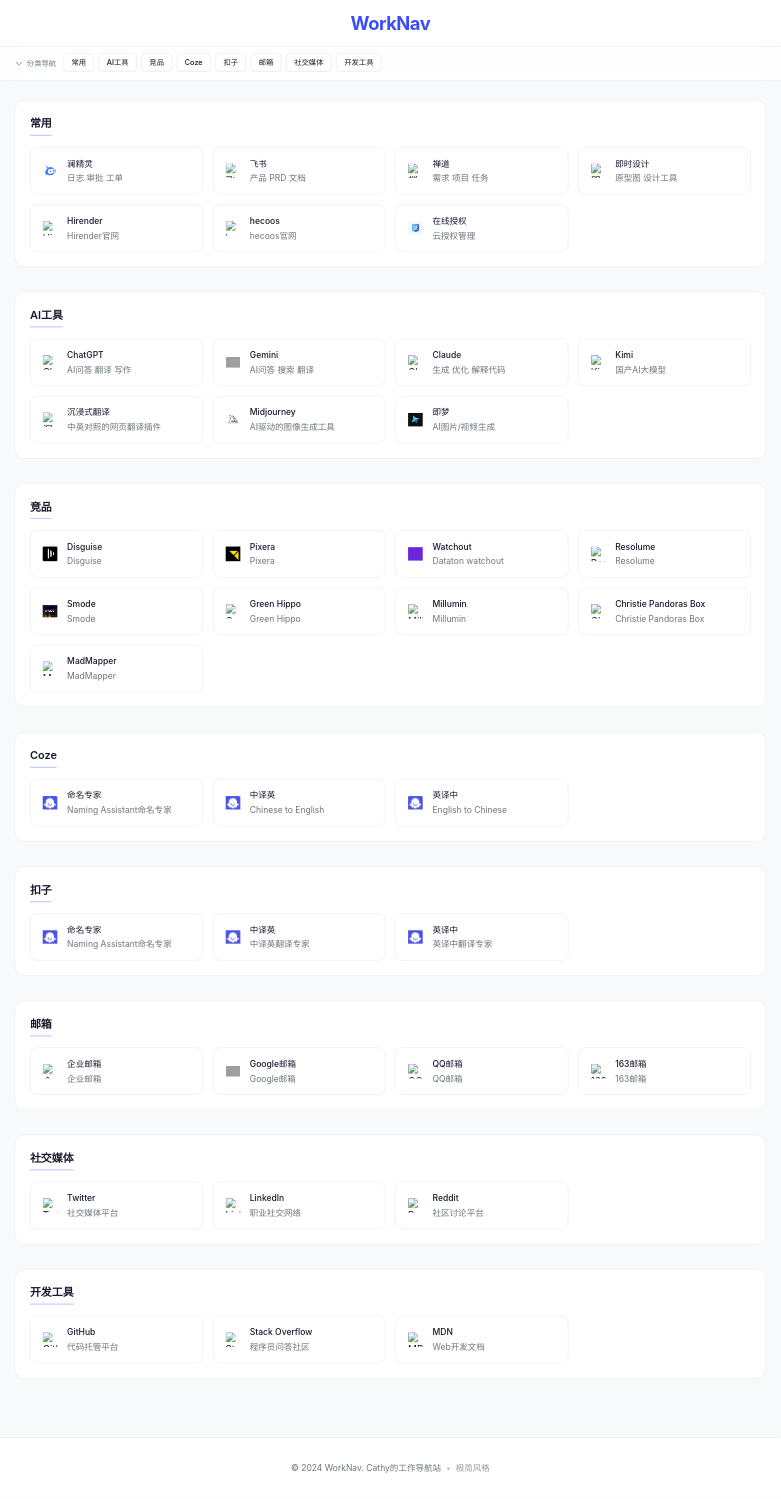
Repository: SweetPomelo0/WorkNav
Page: /
An editor plug-in stored every save of this project. The page is shown before and after the next save, followed by the edit.
The browser window is 1280 px wide. The pictures show the whole page, at 61% of full size.
Pictures or frames that could not be fetched are drawn as grey boxes. The project was rebuilt for these pictures with package versions that can differ from the ones it lists, and the page was loaded fresh each time. The framework's server and built-in components were replaced by stand-ins that run in the browser. Also part of the build but not shown: next.config.ts.

Above is the page before, as saved 2025-07-26 21:36:28.

### src/app/layout.tsx
import type { Metadata } from "next";
import { Geist, Geist_Mono } from "next/font/google";
import "./globals.css";

const geistSans = Geist({
  variable: "--font-geist-sans",
  subsets: ["latin"],
});

const geistMono = Geist_Mono({
  variable: "--font-geist-mono",
  subsets: ["latin"],
});

export const metadata: Metadata = {
  title: "WorkNav - 工作网址导航",
  description: "一个简洁的工作网址导航页面",
};

export default function RootLayout({
  children,
}: Readonly<{
  children: React.ReactNode;
}>) {
  return (
    <html lang="en">
      <body
        className={`${geistSans.variable} ${geistMono.variable} antialiased`}
      >
        {children}
      </body>
    </html>
  );
}

### src/app/page.tsx
export default function Home() {
  // 定义导航分类和链接
  const categories = [
    {
      title: "常用",
      links: [
        { name: "澜精灵", url: "https://www.lanerp.com/Admin/index/index.html", desc: "日志 审批 工单", icon: "/img/lanjingling.png" },
        { name: "飞书", url: "https://enlightv.feishu.cn/wiki/D6Z1wOai9iVI4bkVlumcJprDn2e?fromScene=spaceOverview", desc: "产品 PRD 文档", icon: "https://feishu.cn/favicon.ico" },
        { name: "禅道", url: "https://enlightv.zentaopm.com/my/", desc: "需求 项目 任务", icon: "https://enlightv.zentaopm.com/favicon.ico" },
        { name: "即时设计", url: "https://js.design/recent", desc: "原型图 设计工具", icon: "https://img.js.design/assets/webImg/favicon.ico" },
        { name: "Hirender", url: "https://www.hirender.com/#/home", desc: "Hirender官网", icon: "https://www.hirender.com/favicon.ico" },
        { name: "hecoos", url: "https://www.hecoos.com/web/#/home", desc: "hecoos官网", icon: "https://www.hecoos.com/favicon.ico" },
        { name: "在线授权", url: "https://license.enlightv.com/web/", desc: "云授权管理", icon: "data:[embedded picture, 6295 characters]" },
      ]
    },
    {
      title: "AI工具",
      links: [
        { name: "ChatGPT", url: "https://chatgpt.com/", desc: "AI问答 翻译 写作", icon: "https://cdn.oaistatic.com/assets/favicon-180x180-od45eci6.webp" },
        { name: "Gemini", url: "https://gemini.google.com/app", desc: "AI问答 搜索 翻译", icon: "https://www.gstatic.com/lamda/images/gemini_sparkle_4g_512_lt_f94943af3be039176192d.png" },
        { name: "Claude", url: "https://claude.ai/", desc: "生成 优化 解释代码", icon: "https://claude.ai/favicon.ico" },
        { name: "Kimi", url: "https://www.kimi.com/", desc: "国产AI大模型", icon: "https://www.kimi.com/favicon.ico" },
        { name: "沉浸式翻译", url: "https://immersivetranslate.com/zh-Hans/?utm_source=ai-bot.cn", desc: "中英对照的网页翻译插件", icon: "https://immersivetranslate.com/favicon.ico" },
        { name: "Midjourney", url: "https://www.midjourney.com/explore?tab=video_top", desc: "AI驱动的图像生成工具", icon: "/img/mj.png" },
        { name: "即梦", url: "https://jimeng.jianying.com/ai-tool/home", desc: "AI图片/视频生成", icon: "/img/jimeng.png" }

      ]
    },
    {
      title: "竞品",
      links: [
        { name: "Disguise", url: "https://www.disguise.one/en", desc: "Disguise", icon: "/img/disguise.png" },
        { name: "Pixera", url: "https://pixera.one/zh/software/overview/", desc: "Pixera", icon: "/img/pixera.png" },
        { name: "Watchout", url: "https://www.dataton.com/", desc: "Dataton watchout", icon: "/img/watchout.png" },
        { name: "Resolume", url: "https://resolume.com/", desc: "Resolume", icon: "https://resolume.com/images/favicons/apple-touch-icon.png" },
        { name: "Smode", url: "https://www.smode.io/en/", desc: "Smode", icon: "/img/smode.png" },
        { name: "Green Hippo", url: "https://www.green-hippo.com/", desc: "Green Hippo", icon: "https://www.green-hippo.com/wp-content/themes/greenhippo/assets/icons/favicon.ico" },
        { name: "Millumin", url: "https://millumin.com/v5/index.php", desc: "Millumin", icon: "https://www.millumin.com/favicon/apple-icon-180x180.png" },
        { name: "Christie Pandoras Box", url: "https://www.christiedigital.com/products/christie-pandoras-box/", desc: "Christie Pandoras Box", icon: "https://www.christiedigital.com/apple-touch-icon.png" },
        { name: "MadMapper", url: "https://madmapper.com/madmapper/software", desc: "MadMapper", icon: "https://madmapper.com/images/favicon/apple-touch-icon.png" }

      ]
    },
    {
      title: "Coze",
      links: [
        { name: "命名专家", url: "https://www.coze.com/store/agent/7530562770308956161?bot_id=true", desc: "Naming Assistant命名专家", icon: "/img/coze.png" },
        { name: "中译英", url: "https://www.coze.com/store/agent/7530572378075152440?bot_id=true", desc: "Chinese to English", icon: "/img/coze.png" },
        { name: "英译中", url: "https://www.coze.com/store/agent/7530572202144694273?bot_id=true", desc: "English to Chinese", icon: "/img/coze.png" }
      ]
    },
    {
      title: "扣子",
      links: [
        { name: "命名专家", url: "https://www.coze.cn/store/agent/7530571775823577130?bot_id=true", desc: "Naming Assistant命名专家", icon: "/img/coze.png" },
        { name: "中译英", url: "https://www.coze.cn/store/agent/7530581452909035572?bot_id=true", desc: "中译英翻译专家", icon: "/img/coze.png" },
        { name: "英译中", url: "https://www.coze.cn/store/agent/7530581958234193970?bot_id=true", desc: "英译中翻译专家", icon: "/img/coze.png" }
      ]
    },
    {
      title: "邮箱",
      links: [
        { name: "企业邮箱", url: "https://exmail.qq.com/cgi-bin/frame_html?sid=qPUC22bEtIEF7kUt,2&sign_type=&r=586a2a390ca023395a120877ca5870f0", desc: "企业邮箱", icon: "https://exmail.qq.com/favicon.ico" },
        { name: "Google邮箱", url: "https://mail.google.com/mail/u/0/#inbox", desc: "Google邮箱", icon: "https://ssl.gstatic.com/ui/v1/icons/mail/rfr/gmail.ico" },
        { name: "QQ邮箱", url: "https://mail.qq.com/", desc: "QQ邮箱", icon: "https://mail.qq.com/favicon.ico" },
        { name: "163邮箱", url: "https://mail.163.com/", desc: "163邮箱", icon: "https://mail.163.com/favicon.ico" }
      ]
    },
    {
      title: "社交媒体",
      links: [
        { name: "Twitter", url: "https://twitter.com", desc: "社交媒体平台", icon: "https://twitter.com/favicon.ico" },
        { name: "LinkedIn", url: "https://www.linkedin.com", desc: "职业社交网络", icon: "https://www.linkedin.com/favicon.ico" },
        { name: "Reddit", url: "https://www.reddit.com", desc: "社区讨论平台", icon: "https://www.reddit.com/favicon.ico" }
      ]
    },
    {
      title: "开发工具",
      links: [
        { name: "GitHub", url: "https://github.com", desc: "代码托管平台", icon: "https://github.com/favicon.ico" },
        { name: "Stack Overflow", url: "https://stackoverflow.com", desc: "程序员问答社区", icon: "https://stackoverflow.com/favicon.ico" },
        { name: "MDN", url: "https://developer.mozilla.org", desc: "Web开发文档", icon: "https://developer.mozilla.org/favicon.ico" },
      ]
    }

  ];

  return (
    <div className="min-h-screen" style={{ background: 'var(--background)', color: 'var(--text-primary)' }}>
      {/* Header */}
      <header style={{ background: 'var(--header-bg)', borderBottom: '1px solid var(--card-border)' }}>
        <div className="max-w-7xl mx-auto px-6 py-5">
          <div className="text-center">
            <h1 className="text-3xl font-bold tracking-tight bg-clip-text text-transparent bg-gradient-to-r from-blue-600 to-indigo-600 dark:from-blue-400 dark:to-indigo-400">WorkNav</h1>
          </div>
        </div>
      </header>

      {/* Category Navigation */}
      <div className="sticky top-0 z-10" style={{ background: 'rgba(var(--header-bg-rgb), 0.85)', borderBottom: '1px solid var(--card-border)', backdropFilter: 'blur(12px)' }}>
        <div className="max-w-7xl mx-auto px-6 py-2.5 overflow-x-auto">
          <div className="flex items-center">
            <div className="flex-shrink-0 mr-3">
              <div className="flex items-center">
                <svg xmlns="http://www.w3.org/2000/svg" className="h-3.5 w-3.5 mr-1.5" fill="none" viewBox="0 0 24 24" stroke="currentColor" style={{ color: 'var(--accent)' }}>
                  <path strokeLinecap="round" strokeLinejoin="round" strokeWidth={2} d="M19 9l-7 7-7-7" />
                </svg>
                <span className="text-xs font-medium" style={{ color: 'var(--text-secondary)' }}>分类导航</span>
              </div>
            </div>
            <div className="flex space-x-2 overflow-x-auto pb-1 scrollbar-thin flex-grow">
              {categories.map((category, index) => (
                <a
                  key={index}
                  href={`#category-${index}`}
                  className="text-xs font-medium whitespace-nowrap px-3 py-1.5 rounded-md transition-all duration-200 hover:scale-105 hover:shadow-md flex-shrink-0"
                  style={{
                    background: 'var(--card-bg)',
                    border: '1px solid var(--card-border)',
                    boxShadow: '0 1px 2px rgba(0,0,0,0.05)'
                  }}
                >
                  {category.title}
                </a>
              ))}
            </div>
          </div>
        </div>
      </div>

      {/* Main Content */}
       <main className="max-w-7xl mx-auto px-6 py-8">
         <div className="space-y-10">
           {categories.map((category, index) => (
             <div
               key={index}
               id={`category-${index}`}
               style={{
                 background: 'var(--card-bg)',
                 borderColor: 'var(--card-border)'
               }}
               className="rounded-2xl border p-6 transition-all duration-300 hover:shadow-lg"
             >
               <h2
                 className="text-lg font-semibold mb-6 relative inline-block"
                 style={{ color: 'var(--text-primary)' }}
               >
                 <span className="relative z-10">{category.title}</span>
                 <span
                  className="absolute bottom-0 left-0 w-full h-0.5 rounded-full opacity-30"
                  style={{ background: 'var(--accent)', transform: 'translateY(6px)' }}
                ></span>
               </h2>
               <div className="grid grid-cols-1 sm:grid-cols-2 lg:grid-cols-3 xl:grid-cols-4 gap-4">
                 {category.links.map((link, linkIndex) => (
                   <a
                     key={linkIndex}
                     href={link.url}
                     target="_blank"
                     rel="noopener noreferrer"
                     style={{
                       borderColor: 'var(--card-border)',
                       background: 'var(--card-bg)'
                     }}
                     className="block p-4 rounded-xl border hover:shadow-md transition-all duration-200 group relative"
                   >

                     <div className="flex items-center justify-between">
                       <div className="flex items-center flex-1">
                         <div className="w-8 h-8 mr-3 flex-shrink-0 flex items-center justify-center">
                           {link.icon ? (
                             <img
                               src={link.icon}
                               alt={`${link.name} icon`}
                               className="w-6 h-6 object-contain"
                             />
                           ) : (
                             <div
                               style={{ background: 'var(--card-hover)' }}
                               className="w-6 h-6 rounded-md flex items-center justify-center"
                             >
                               <span style={{ color: 'var(--text-secondary)' }} className="text-xs font-medium">
                                 {link.name.charAt(0).toUpperCase()}
                               </span>
                             </div>
                           )}
                         </div>
                         <div className="flex-1">
                           <h3
                             style={{ color: 'var(--text-primary)' }}
                             className="text-sm font-medium group-hover:text-blue-600 dark:group-hover:text-blue-400 transition-colors"
                           >
                             {link.name}
                           </h3>
                           <p
                             style={{ color: 'var(--text-secondary)' }}
                             className="text-sm mt-1"
                           >
                             {link.desc}
                           </p>
                         </div>
                       </div>

                     </div>
                   </a>
                 ))}
               </div>
             </div>
           ))}
         </div>
       </main>

      {/* Footer */}
      <footer style={{ borderTop: '1px solid var(--card-border)', background: 'var(--footer-bg)' }} className="mt-16">
        <div className="max-w-7xl mx-auto px-6 py-10">
          <div className="text-center">
            <p style={{ color: 'var(--text-secondary)' }} className="text-sm">
              © 2024 WorkNav. Cathy的工作导航站
              <span className="inline-block mx-2 opacity-50">•</span>
              <span className="opacity-70">极简风格</span>
            </p>
          </div>
        </div>
      </footer>
    </div>
  );
}

### src/app/globals.css
@import "tailwindcss";

:root {
  --background: #f8f9fa;
  --foreground: #1a1a2e;
  --card-bg: #ffffff;
  --card-border: #e9ecef;
  --card-hover: #f1f3f5;
  --accent: #4361ee;
  --accent-hover: #3a56d4;
  --text-primary: #1a1a2e;
  --text-secondary: #6c757d;
  --text-tertiary: #adb5bd;
  --header-bg: #ffffff;
  --header-bg-rgb: 255, 255, 255;
  --footer-bg: #ffffff;
}

@theme inline {
  --color-background: var(--background);
  --color-foreground: var(--foreground);
  --font-sans: var(--font-geist-sans);
  --font-mono: var(--font-geist-mono);
}

@media (prefers-color-scheme: dark) {
  :root {
    --background: #121212;
    --foreground: #f8f9fa;
    --card-bg: #1e1e1e;
    --card-border: #2d2d2d;
    --card-hover: #2a2a2a;
    --accent: #4361ee;
    --accent-hover: #5a72f0;
    --text-primary: #f8f9fa;
    --text-secondary: #adb5bd;
    --text-tertiary: #6c757d;
    --header-bg: #1a1a1a;
    --header-bg-rgb: 26, 26, 26;
    --footer-bg: #1a1a1a;
  }
}

body {
  background: var(--background);
  color: var(--foreground);
  font-family:
    "Inter",
    -apple-system,
    BlinkMacSystemFont,
    "Segoe UI",
    Roboto,
    Oxygen,
    Ubuntu,
    Cantarell,
    "Open Sans",
    "Helvetica Neue",
    sans-serif;
}

/* 平滑滚动和过渡效果 */
html {
  scroll-behavior: smooth;
}

* {
  transition:
    background-color 0.2s ease,
    border-color 0.2s ease,
    transform 0.2s ease;
}

/* 自定义滚动条 */
::-webkit-scrollbar {
  width: 8px;
  height: 8px;
}

::-webkit-scrollbar-track {
  background: transparent;
}

::-webkit-scrollbar-thumb {
  background: var(--text-tertiary);
  border-radius: 4px;
}

::-webkit-scrollbar-thumb:hover {
  background: var(--text-secondary);
}

After the next save:
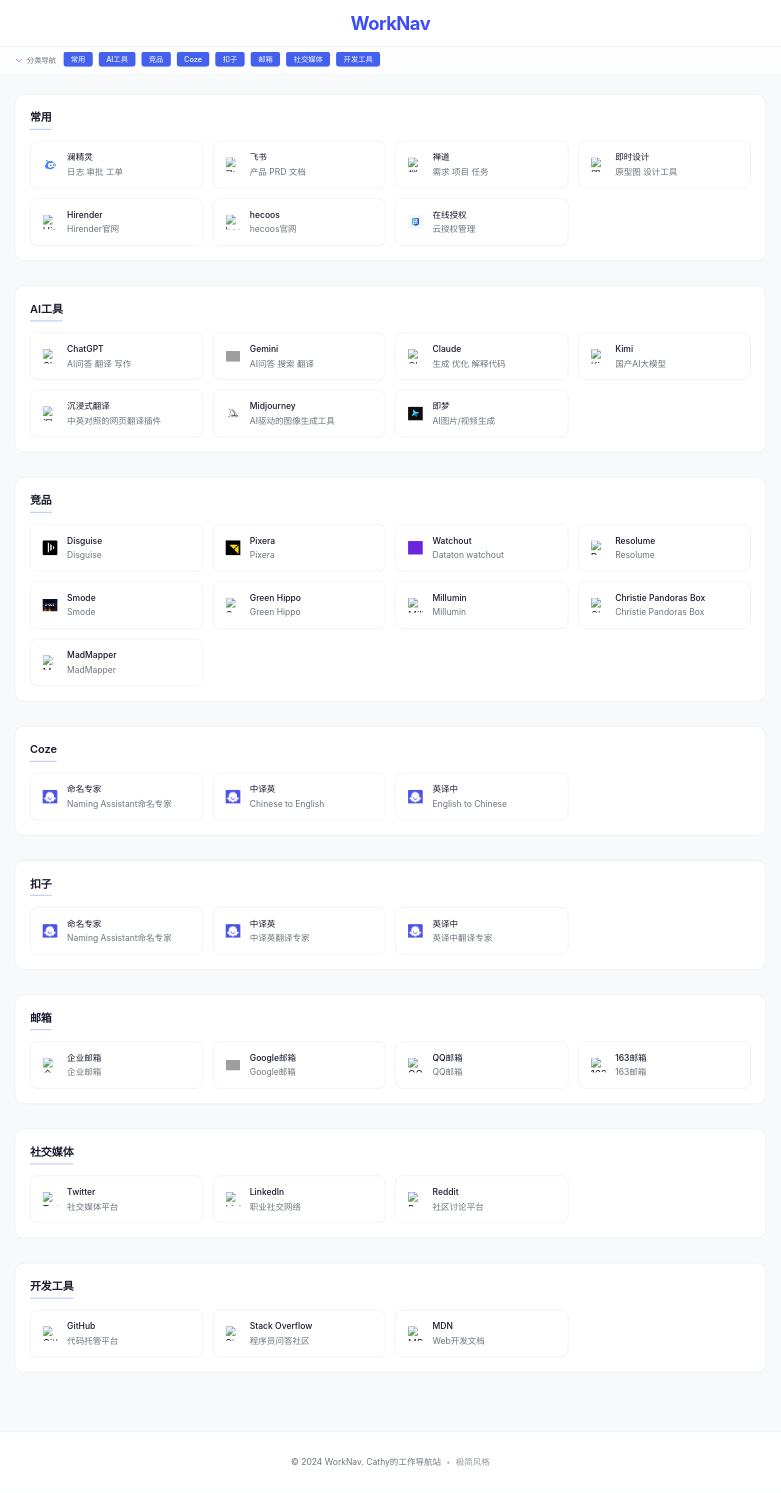
Saved 48 s later.
--- a/src/app/page.tsx
+++ b/src/app/page.tsx
@@ -97,8 +97,8 @@
       </header>
 
       {/* Category Navigation */}
-      <div className="sticky top-0 z-10" style={{ background: 'rgba(var(--header-bg-rgb), 0.85)', borderBottom: '1px solid var(--card-border)', backdropFilter: 'blur(12px)' }}>
-        <div className="max-w-7xl mx-auto px-6 py-2.5 overflow-x-auto">
+      <div className="sticky top-0 z-10" style={{ background: 'rgba(var(--header-bg-rgb), 0.7)', borderBottom: '1px solid var(--card-border)', backdropFilter: 'blur(8px)' }}>
+        <div className="max-w-7xl mx-auto px-6 py-2 overflow-x-auto">
           <div className="flex items-center">
             <div className="flex-shrink-0 mr-3">
               <div className="flex items-center">
@@ -108,16 +108,16 @@
                 <span className="text-xs font-medium" style={{ color: 'var(--text-secondary)' }}>分类导航</span>
               </div>
             </div>
-            <div className="flex space-x-2 overflow-x-auto pb-1 scrollbar-thin flex-grow">
+            <div className="flex space-x-2.5 overflow-x-auto pb-1 scrollbar-thin flex-grow">
               {categories.map((category, index) => (
                 <a
                   key={index}
                   href={`#category-${index}`}
-                  className="text-xs font-medium whitespace-nowrap px-3 py-1.5 rounded-md transition-all duration-200 hover:scale-105 hover:shadow-md flex-shrink-0"
+                  className="text-xs font-medium whitespace-nowrap px-3 py-1 rounded transition-all duration-200 hover:bg-opacity-90 hover:translate-y-[-1px] flex-shrink-0"
                   style={{
-                    background: 'var(--card-bg)',
-                    border: '1px solid var(--card-border)',
-                    boxShadow: '0 1px 2px rgba(0,0,0,0.05)'
+                    background: 'var(--accent)',
+                    color: '#ffffff',
+                    boxShadow: '0 1px 2px rgba(0,0,0,0.1)'
                   }}
                 >
                   {category.title}

After the save that followed:
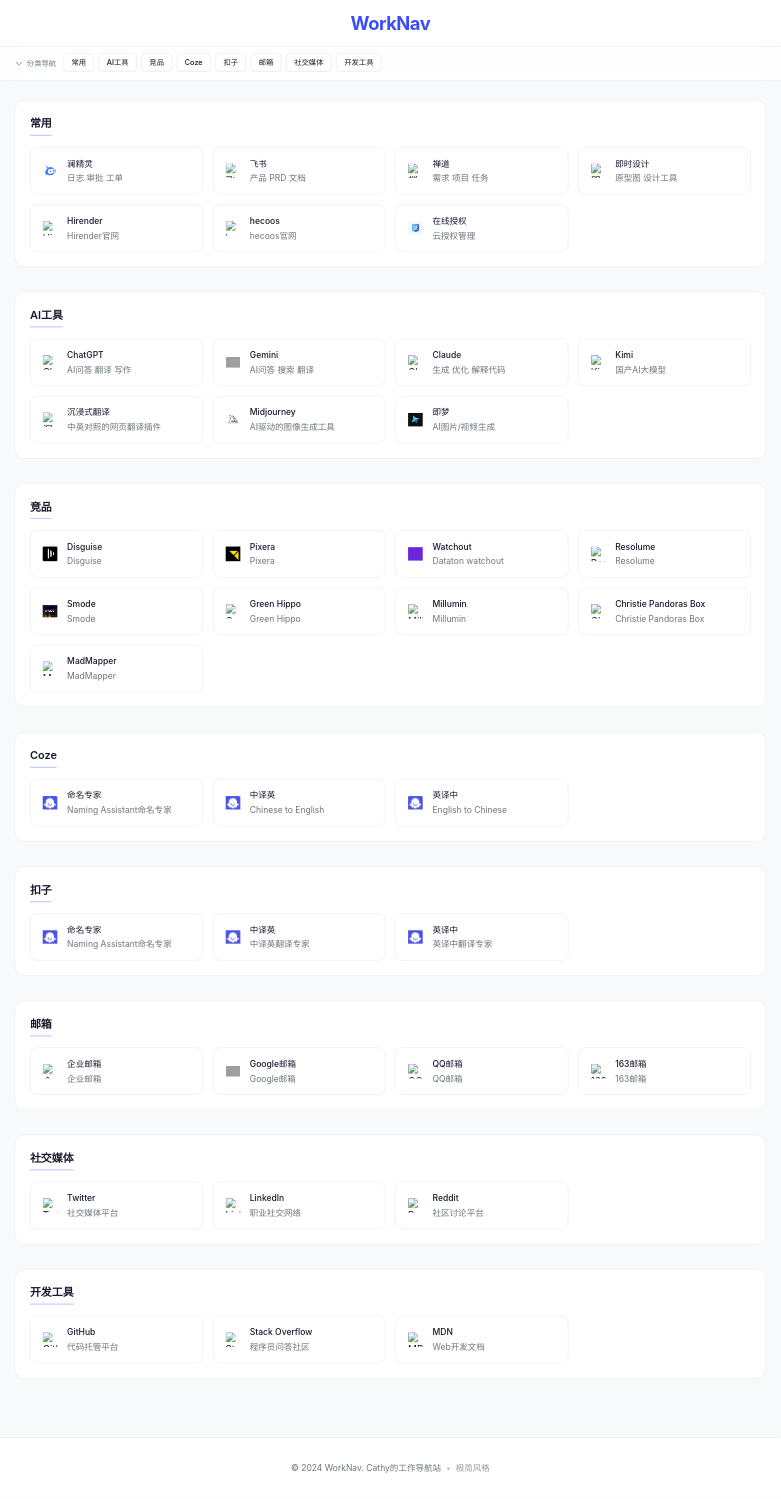
Saved 18 s later.
--- a/src/app/page.tsx
+++ b/src/app/page.tsx
@@ -97,8 +97,8 @@
       </header>
 
       {/* Category Navigation */}
-      <div className="sticky top-0 z-10" style={{ background: 'rgba(var(--header-bg-rgb), 0.7)', borderBottom: '1px solid var(--card-border)', backdropFilter: 'blur(8px)' }}>
-        <div className="max-w-7xl mx-auto px-6 py-2 overflow-x-auto">
+      <div className="sticky top-0 z-10" style={{ background: 'rgba(var(--header-bg-rgb), 0.85)', borderBottom: '1px solid var(--card-border)', backdropFilter: 'blur(12px)' }}>
+        <div className="max-w-7xl mx-auto px-6 py-2.5 overflow-x-auto">
           <div className="flex items-center">
             <div className="flex-shrink-0 mr-3">
               <div className="flex items-center">
@@ -108,16 +108,16 @@
                 <span className="text-xs font-medium" style={{ color: 'var(--text-secondary)' }}>分类导航</span>
               </div>
             </div>
-            <div className="flex space-x-2.5 overflow-x-auto pb-1 scrollbar-thin flex-grow">
+            <div className="flex space-x-2 overflow-x-auto pb-1 scrollbar-thin flex-grow">
               {categories.map((category, index) => (
                 <a
                   key={index}
                   href={`#category-${index}`}
-                  className="text-xs font-medium whitespace-nowrap px-3 py-1 rounded transition-all duration-200 hover:bg-opacity-90 hover:translate-y-[-1px] flex-shrink-0"
+                  className="text-xs font-medium whitespace-nowrap px-3 py-1.5 rounded-md transition-all duration-200 hover:scale-105 hover:shadow-md flex-shrink-0"
                   style={{
-                    background: 'var(--accent)',
-                    color: '#ffffff',
-                    boxShadow: '0 1px 2px rgba(0,0,0,0.1)'
+                    background: 'var(--card-bg)',
+                    border: '1px solid var(--card-border)',
+                    boxShadow: '0 1px 2px rgba(0,0,0,0.05)'
                   }}
                 >
                   {category.title}
